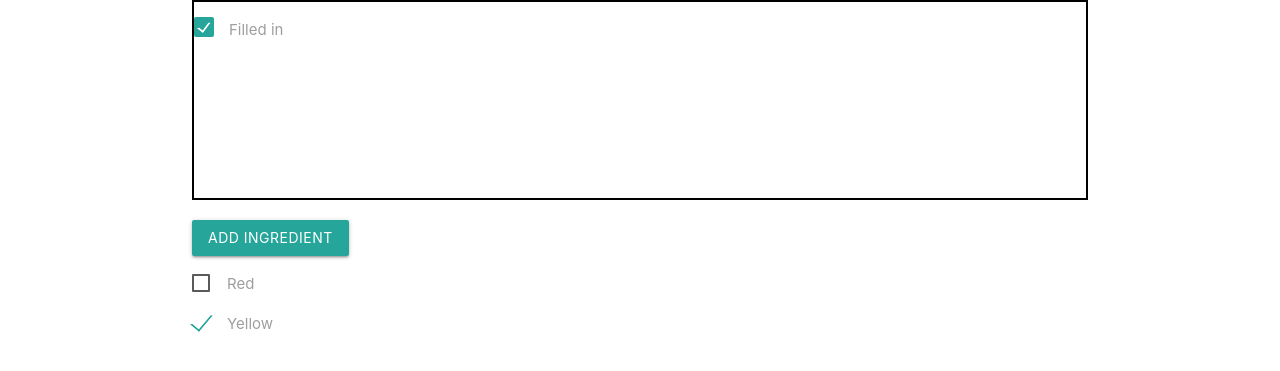
Repository: Aaron-R-Carter/Project1
Page: prototype.html
These files come from the project's save history. The page is drawn as it stood at one moment and after the next save; the edit follows.
The browser window is 1280 px wide. The pictures show the whole page.

Above is the page before, as saved 2019-10-31 22:43:52.
Console error: SyntaxError: Unexpected token '<'

After the next save:
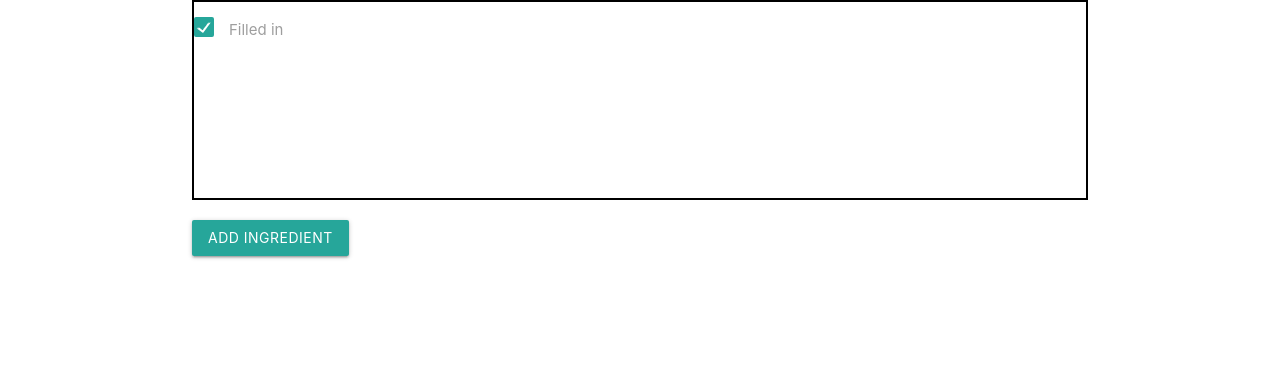
Saved 20 s later.
--- a/prototype.html
+++ b/prototype.html
@@ -34,18 +34,6 @@
                 </div>
             </form>
 
-                    <p>
-                      <label>
-                        <input type="checkbox" />
-                        <span>Red</span>
-                      </label>
-                    </p>
-                    <p>
-                      <label>
-                        <input type="checkbox" checked="checked" />
-                        <span>Yellow</span>
-                      </label>
-                    </p>
 
             <div id="ingredient-view-button"></div>
 
